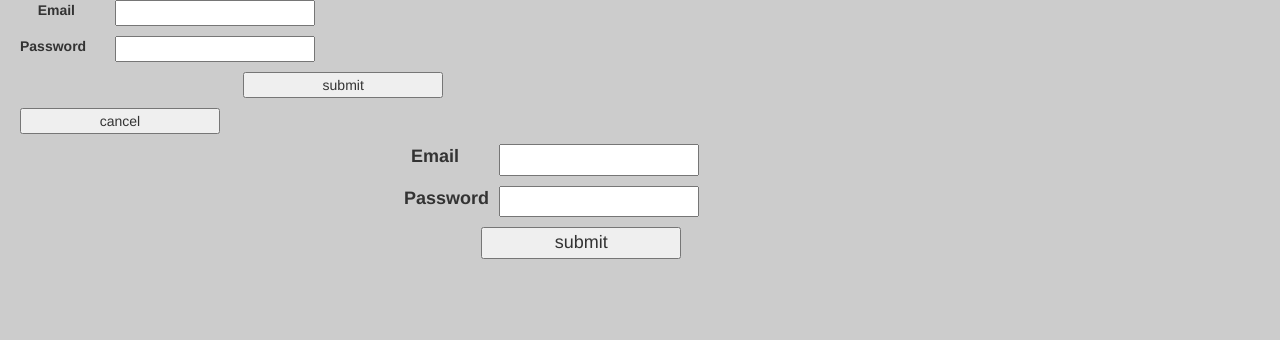
Repository: marijabroceta/ProjekatIB
Page: IB_Project_Shell/src/main/resources/static/index.html
An editor plug-in stored every save of this project. The page is shown before and after the next save, followed by the edit.
The browser window is 1280 px wide. The pictures show the whole page.

Above is the page before, as saved 2018-07-01 00:04:41.

After the next save:
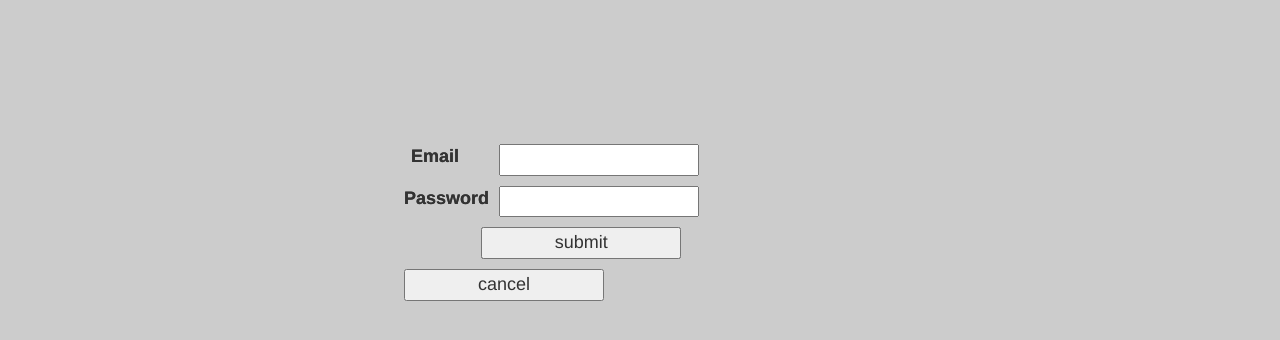
Saved 46 s later.
--- a/IB_Project_Shell/src/main/resources/static/css/login.css
+++ b/IB_Project_Shell/src/main/resources/static/css/login.css
@@ -1,4 +1,4 @@
-#login_form{
+#login_form,#add_form{
 	position: absolute;
     top: 20%;
     left: 30%;
